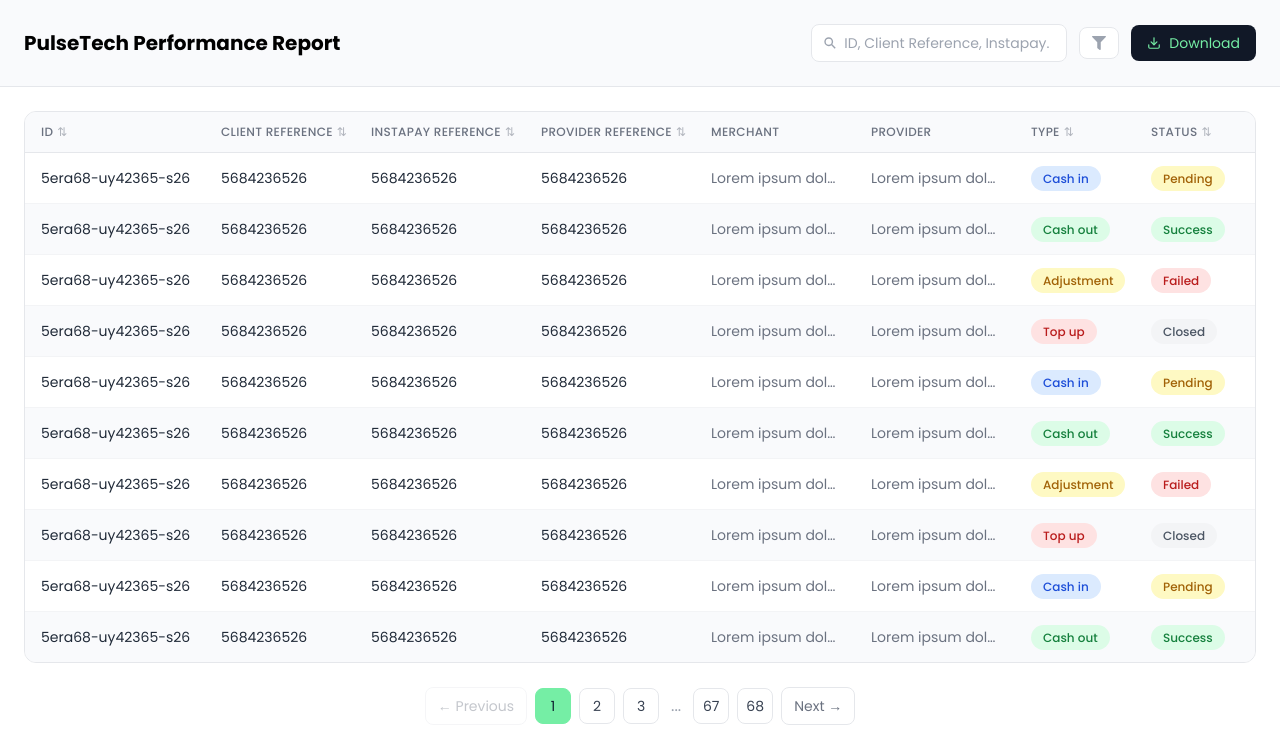
Repository: ShyrineJardin/pulse_admin
Page: /dashboard
The author's editor kept a copy of each file at every save. The page is drawn from the files as they stood at one save, then again after a run of saves.
The browser window is 1280 px wide. The pictures show the whole page.
The project was rebuilt for these pictures with package versions that can differ from the ones it lists, and the page was loaded fresh each time. Also part of the build but not shown: src/components/Login.jsx.

Above is the page before, as saved 2026-03-26 15:33:23.

After the next 2 saves:
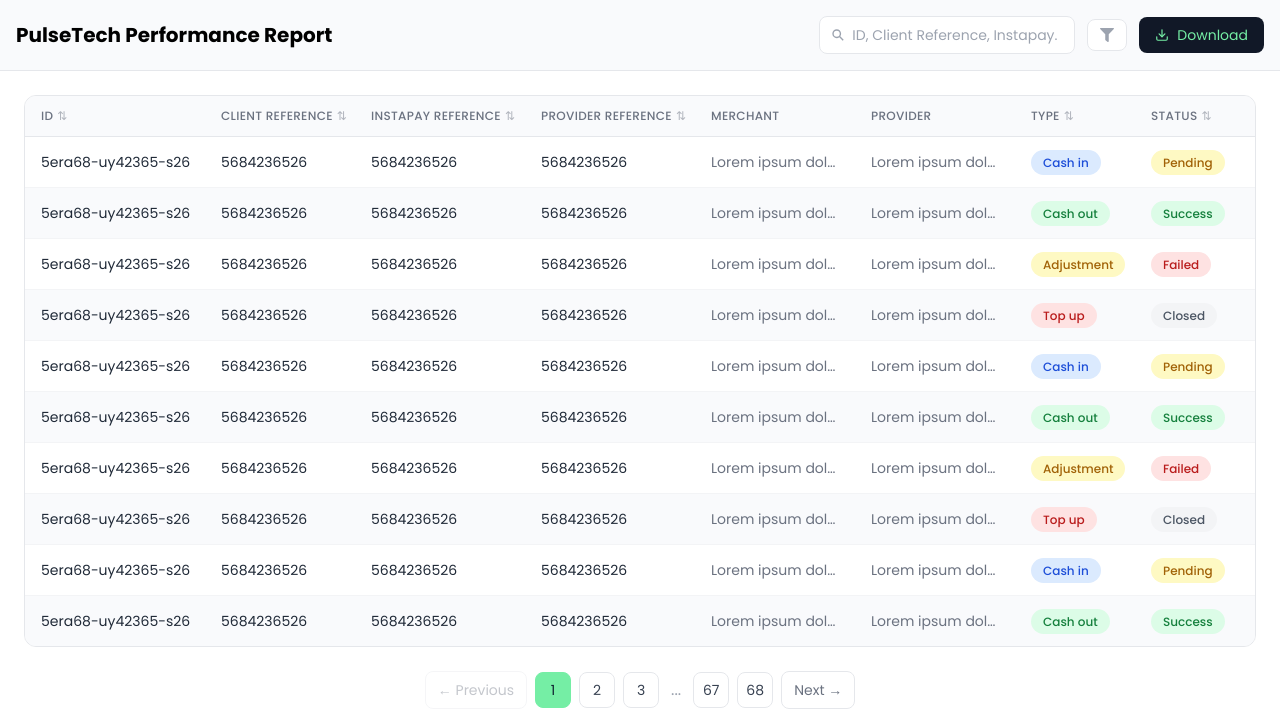
The 2 saves are shown as one change because they came seconds apart.
The last was saved 72 s later.
--- a/src/components/Dashboard.jsx
+++ b/src/components/Dashboard.jsx
@@ -293,7 +293,7 @@
       )}
 
       {/* Header */}
-      <div className="flex items-center justify-between mb-6 bg-[#F9FAFC] w-full p-6 border-b border-gray-200">
+      <div className="flex items-center justify-between mb-6 bg-[#F9FAFC] w-full p-4 border-b border-gray-200">
         <h1 className="text-xl font-bold">PulseTech Performance Report</h1>
         <div className="flex items-center gap-3">
           <div className="relative">
